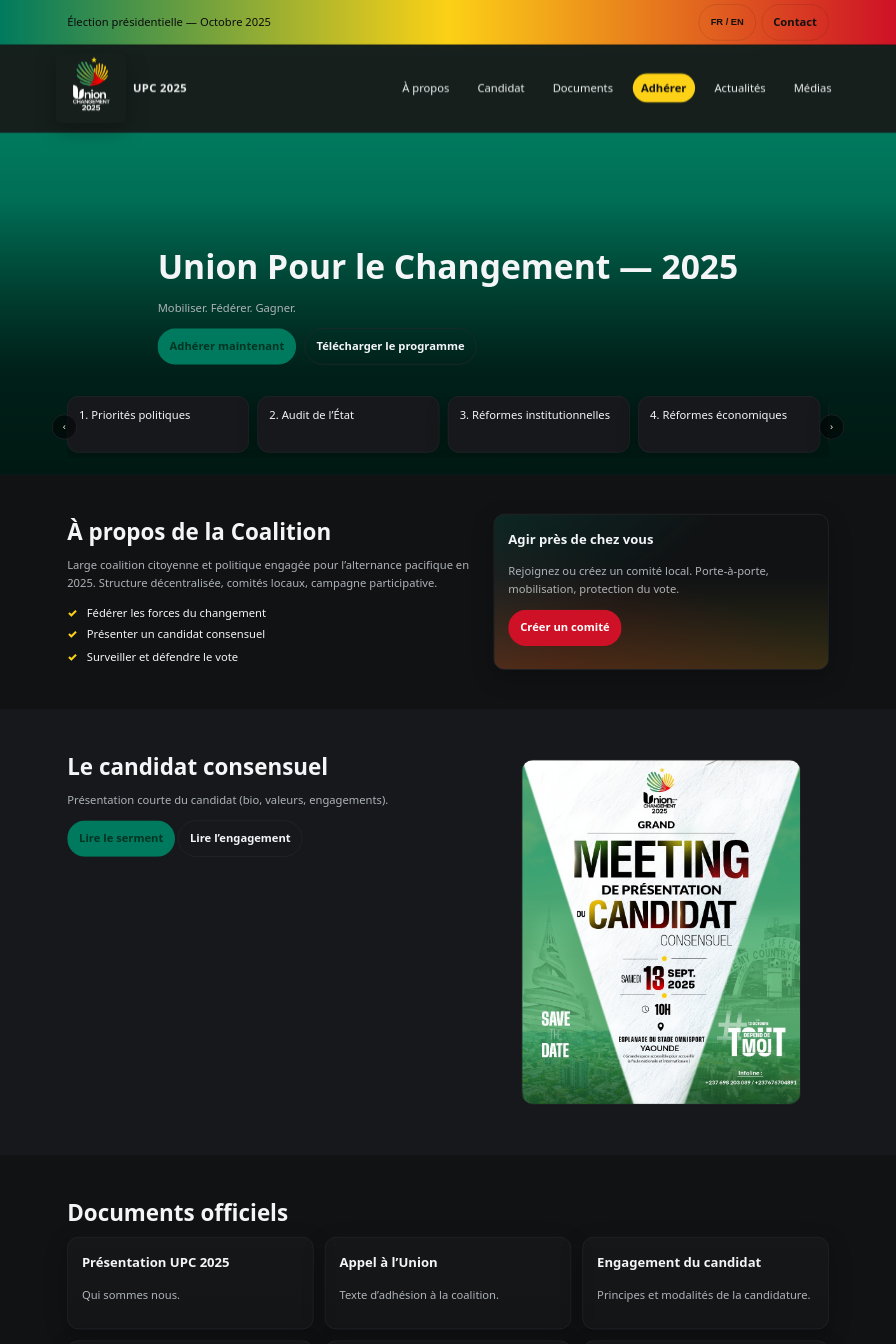
Repository: Kishny/upc2025
Page: index.html
An editor plug-in stored every save of this project. The page is shown before and after the next save, followed by the edit.
The browser window is 1280 px wide. The pictures show the part of the page from y = 0 to 1920 px (the page is 4277 px tall), at 70% of full size.

Above is the page before, as saved 2025-09-10 19:10:29.

After the next save:
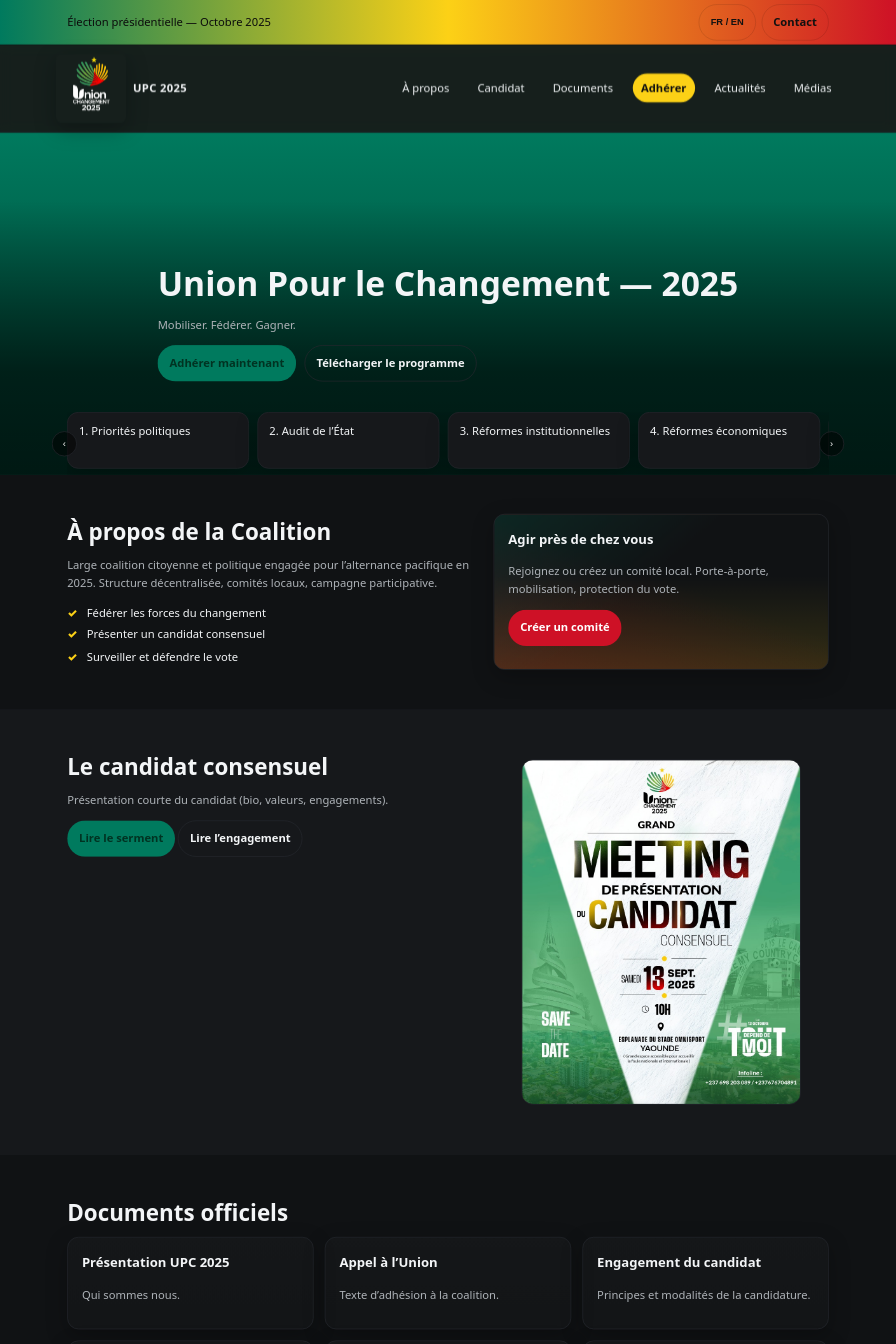
Saved 55 s later.
--- a/assets/css/styles.css
+++ b/assets/css/styles.css
@@ -128,6 +128,7 @@
   background: rgba(26, 37, 32, 0.8);
   backdrop-filter: saturate(140%) blur(10px);
   border-bottom: 1px solid var(--border);
+  margin-bottom: 0;
 }
 .header__inner {
   display: flex;
@@ -213,7 +214,7 @@
   flex-direction: column;
   justify-content: flex-end;
   gap: 24px;
-  padding-bottom: 24px;
+
   padding-top: 0;
 
   /* Dégradé vert simple */

After the save that followed:
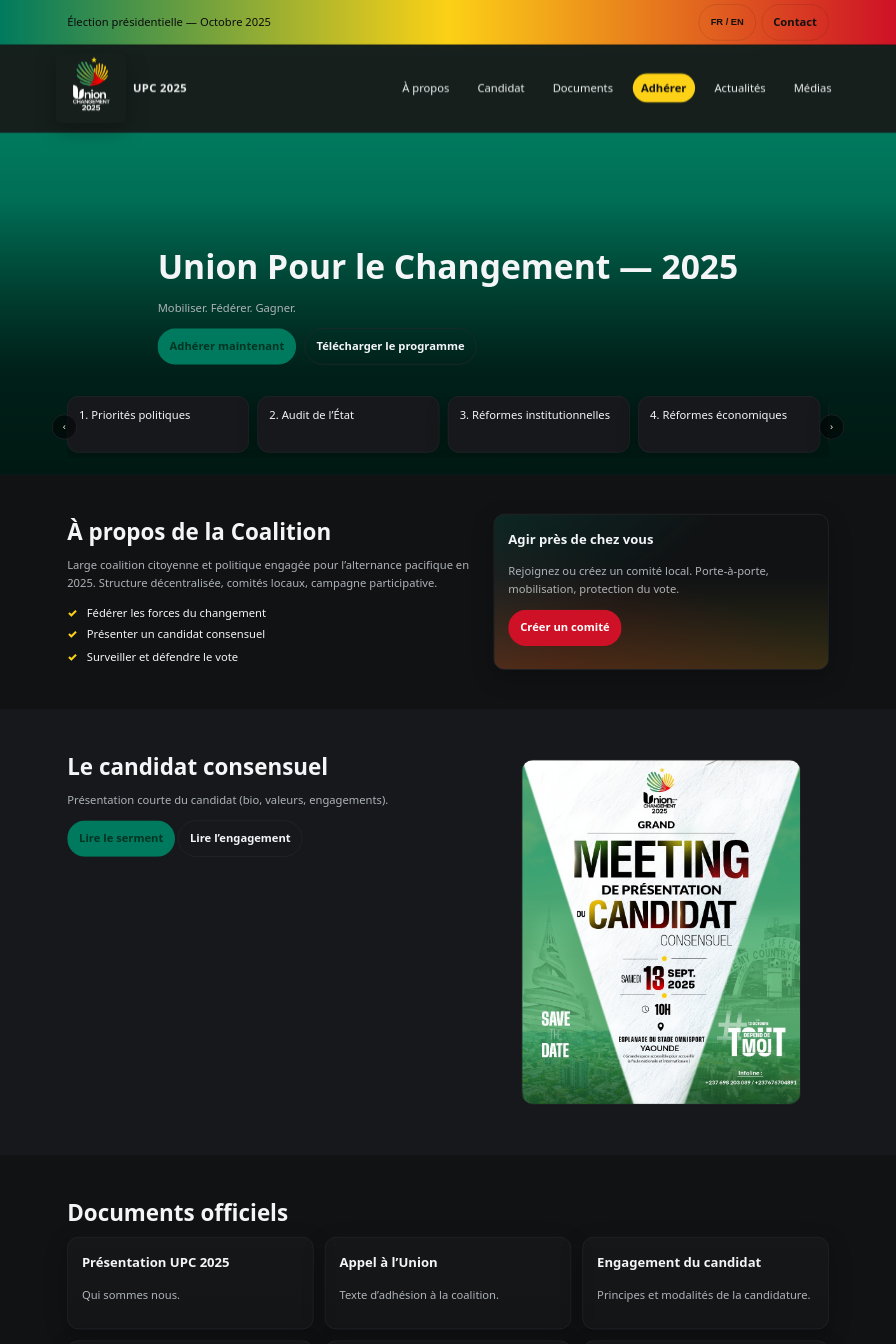
Saved 10 s later.
--- a/assets/css/styles.css
+++ b/assets/css/styles.css
@@ -214,7 +214,7 @@
   flex-direction: column;
   justify-content: flex-end;
   gap: 24px;
-
+  padding-bottom: 24px;
   padding-top: 0;
 
   /* Dégradé vert simple */
